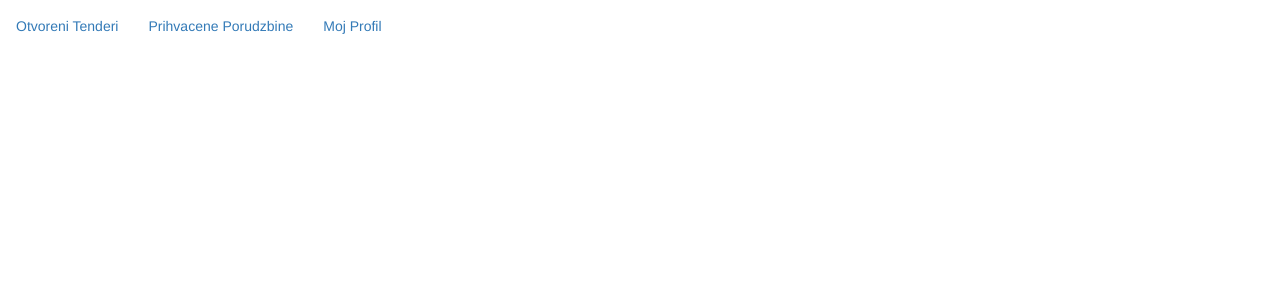
Repository: milanadam94/ISA-2016
Page: jpa-example/src/main/webapp/Offerer/Offerer.html
An editor plug-in stored every save of this project. The page is shown before and after the next save, followed by the edit.
The browser window is 1280 px wide. The pictures show the whole page.
Some web libraries are served in a nearby version.

Above is the page before, as saved 2017-02-27 00:57:06.

After the next save:
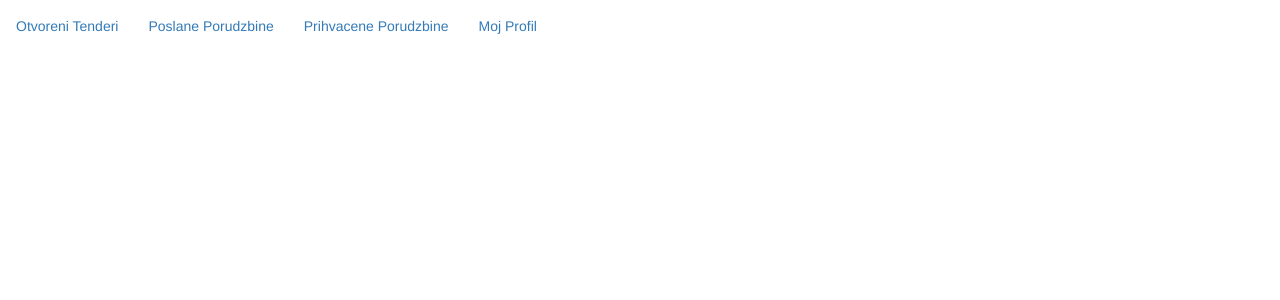
Saved 61 s later.
--- a/jpa-example/src/main/webapp/Offerer/Offerer.html
+++ b/jpa-example/src/main/webapp/Offerer/Offerer.html
@@ -29,6 +29,7 @@
 	<nav id="myNavbar" class="navbar">
 		<ul class="nav navbar-nav">
 			<li><a ng-click="tender()" >Otvoreni Tenderi</a></li>
+			<li><a ng-click="sended()" >Poslane Porudzbine</a>
 			<li><a ng-click="accepted()" >Prihvacene Porudzbine</a></li>
 			<li><a ng-click="account()" >Moj Profil</a></li>
 		</ul>
